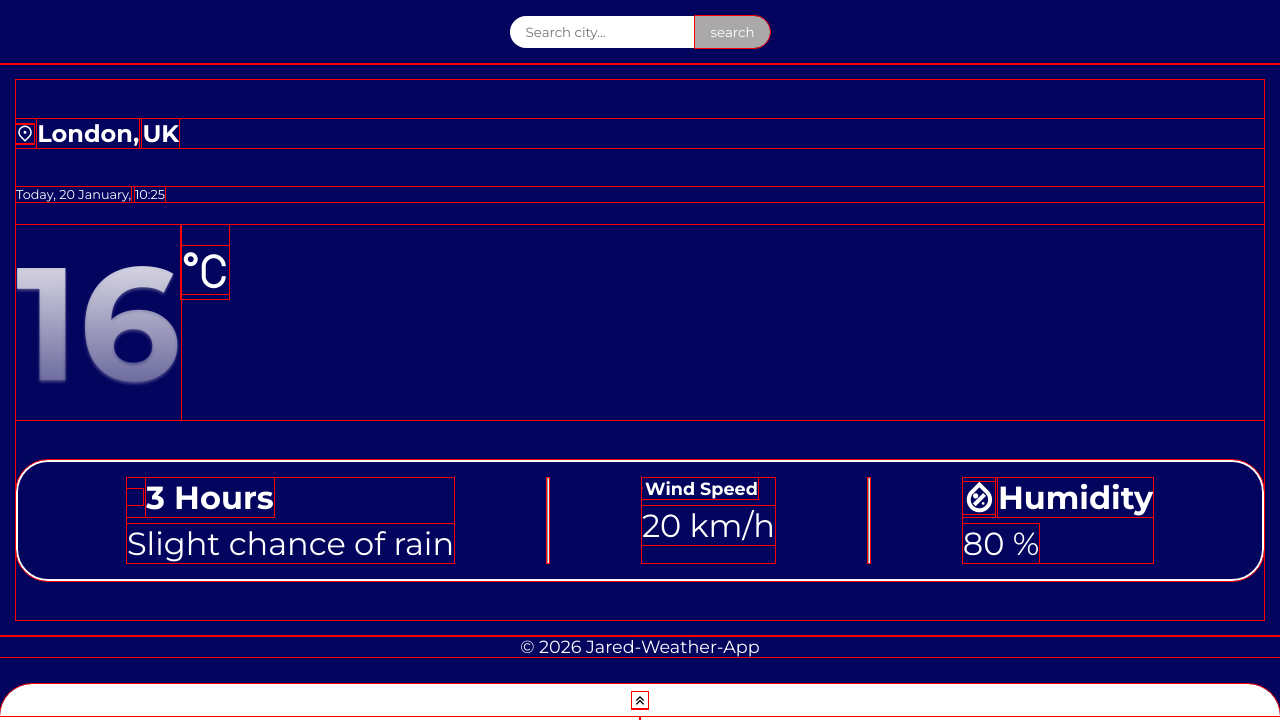
Repository: EguJaredoBoyd/Jared-Weather-App
Page: main.html
The author's editor kept a copy of each file at every save. The page is drawn from the files as they stood at one save, then again after the next save.
The browser window is 1280 px wide. The pictures show the whole page.
Some icons come from a web library that is not loaded, so they are not drawn. Some web libraries are served in a nearby version.

Above is the page before, as saved 2026-02-09 02:36:11.

### main.html
<!doctype html>
<html lang="en">
  <head>
    <meta charset="UTF-8" />
    <meta name="viewport" content="width=device-width, initial-scale=1.0" />
    <link rel="preconnect" href="https://fonts.googleapis.com" />
    <link rel="preconnect" href="https://fonts.gstatic.com" crossorigin />
    <link
      href="https://fonts.googleapis.com/css2?family=Montserrat:ital,wght@0,100..900;1,100..900&display=swap"
      rel="stylesheet"
    />
    <link
      href="https://cdn.jsdelivr.net/npm/remixicon@4.8.0/fonts/remixicon.css"
      rel="stylesheet"
    />
    <link rel="stylesheet" href="./css/styles.css" />
    <script src="./js/main.js" defer></script>
    <script src="./js/weather.js" defer></script>
    <title>Jared-Weather-App</title>
  </head>
  <body class="weather-app">
    <div class="weather-app__container">
      <header>
        <div class="search-place">
          <input
            type="text"
            placeholder="Search city..."
            aria-label="Search city"
            id="search-input"
          />
          <button id="search-button">search</button>
        </div>
      </header>
      <main>
        <section class="current-weather">
          <div class="place-searched">
            <i class="ri-map-pin-2-line"></i>
            <div class="place-name">
              <h3 class="city-name">London,</h3>
              <h3 id="country-name">UK</h3>
            </div>
          </div>
          <div class="date-today">
            <time datetime="2026-01-20" id="date-time">Today, 20 January,</time>
            <time datetime="10:45" id="current-time">10:25</time>
          </div>
          <div class="place-temperature">
            <span class="place-temperature__measure" id="temp-measure">16</span>
            <span class="place-temperature__degree"
              ><i class="ri-celsius-line"></i
            ></span>
          </div>
          <div class="place-forecast">
            <article class="forecast-item forecast-item--weather">
              <div>
                <img src="" alt="" id="weather-icon" />
                <span>3 Hours</span>
              </div>
              <span id="weather-description">Slight chance of rain</span>
            </article>
            <hr />

            <article class="forecast-item forecast-item--wind">
              <div>
                <span><i class="ri-arrow-right-up-long-line"></i></span>
                Wind Speed
              </div>
              <span id="wind-speed">20 km/h</span>
            </article>
            <hr />

            <article class="forecast-item forecast-item--uv">
              <div>
                <span><i class="ri-water-percent-line"></i></span>
                <span>Humidity</span>
              </div>
              <span id="humidity">80 %</span>
            </article>
          </div>
        </section>
        <section class="swipe-section" aria-hidden="true" id="swipe-section">
          <!-- Slide for the hourly and daily forecast -->
          <button class="sheet-handle" id="sheet-handle" aria-expanded="false">
            <i class="ri-arrow-up-double-line" id="icon-handle"></i>
          </button>

          <div class="swipe-forecast">
            <!-- Pressure Forecast -->
            <article class="sheet-card pressure-forecast">
              <div class="weather-header">
                <span>Pressure</span>
                <span><i class="ri-sun-cloudy-line"></i></span>
              </div>
              <span id="weather-pressure">1000hPa</span>
            </article>

            <!-- Visibility and fog Forecast -->
            <article class="sheet-card visibility-forecast">
              <div class="weather-header">
                <span>Visibility</span>
                <span><i class="ri-foggy-fill"></i></span>
              </div>
              <span id="weather-visibility">1000km</span>
            </article>

            <!-- Maximum Temperature -->
            <article class="sheet-card maximum-temperature">
              <div class="weather-header">
                <span>Temperature Max</span>
                <span><i class="ri-sun-line"></i></span>
              </div>
              <div>
                <span id="weather-temp-max">16</span>
                <span><i class="ri-celsius-line"></i></span>
              </div>
            </article>

            <!-- Minimum Temperature-->
            <article class="sheet-card minimum-temperature">
              <div class="weather-header">
                <span>Temperature Min</span>
                <span><i class="ri-cloudy-line"></i></span>
              </div>
              <div>
                <span id="weather-temp-min">9</span>
                <span><i class="ri-celsius-line"></i></span>
              </div>
            </article>
          </div>
        </section>
      </main>
      <footer>
        <div><p>&copy; 2026 Jared-Weather-App</p></div>
      </footer>
    </div>
  </body>
</html>

### css/styles.css
/* ==== CSS RESET ==== */
*,
*::before,
*::after {
  margin: 0;
  padding: 0;
  box-sizing: border-box;
  outline: 1px solid red;
}

:root {
  --background-color: #03045e;
  --text-color: white;
  --font: "Montserrat", sans-serif;
}

html {
  font-size: 16px;
  height: 100%;
}

body {
  background-color: var(--background-color);
  color: var(--text-color);
  height: 100%;
  font-family: var(--font);
}

p {
  font-size: clamp(0.5rem, 2.5vw, 1.1rem);
}

.weather-app__container {
  display: flex;
  flex-direction: column;
  min-height: 100dvh;
}

.search-place {
  display: flex;
  justify-content: center;
  padding: 1rem;
}

.search-place input {
  padding: 0.5rem 1rem;
  border: none;
  border-bottom-left-radius: 1rem;
  border-top-left-radius: 1rem;
  font-family: var(--font);
  outline: none;
}

.search-place button {
  border: none;
  border-top-right-radius: 1rem;
  border-bottom-right-radius: 1rem;
  padding: 0.5rem 1rem;
  font-family: var(--font);
  margin-left: -1rem;
  background: rgb(170, 168, 168);
  color: var(--text-color);
}

main {
  display: flex;
  flex-direction: column;
  padding: 1rem;
}

.current-weather {
  display: flex;
  flex-direction: column;
  justify-content: space-evenly;
  min-height: 75dvh;
}

.place-searched {
  display: flex;
  align-items: center;
  column-gap: 0.2rem;
  font-size: large;
}

.place-name {
  display: flex;
  align-items: center;
  column-gap: 0.2rem;
}

.city-name,
#country-name {
  font-size: clamp(0.5rem, 6vw, 1.5rem);
}

.date-today {
  font-size: clamp(0.5rem, 3vw, 0.8rem);
}

.place-temperature {
  display: flex;
  align-items: center;
  position: relative;
  margin-top: -1rem;
}

.place-temperature__measure {
  font-size: clamp(5rem, 38vw, 10rem);
  font-weight: 700;
  background: linear-gradient(to bottom, white, var(--background-color));
  -webkit-background-clip: text;
  background-clip: text;
  -webkit-text-fill-color: transparent;
  text-shadow: 0 2px 3px rgba(243, 235, 235, 0.3);
}

.place-temperature__degree {
  font-size: clamp(1.5rem, 20vw, 3rem);
  align-self: flex-start;
  padding-top: 1rem;
  font-size: clamp(1rem, 10vw, 3rem);
}

.place-forecast {
  display: flex;
  justify-content: space-evenly;
  border: 2px solid white;
  border-radius: 2rem;
  padding: 1rem;
}

.forecast-item {
}

.forecast-item div {
  display: flex;
  align-items: center;
  justify-self: start;
  column-gap: 0.2rem;
  margin-bottom: clamp(0.1rem, 1vh, 1rem);
  font-size: clamp(0.5rem, 2vw, 1.1rem);
  font-weight: 700;
}

.forecast-item span {
  font-size: clamp(0.5rem, 2.5vw, 2rem);
}

.forecast-item--weather {
}

.forecast-item--weather div img {
  width: 1rem;
  height: 1rem;
}

/* Swipe section styles */

.swipe-section {
  position: fixed;
  min-height: 100dvh;
  top: 95%;
  right: 0;
  left: 0;
  transition: transform 2s ease;
  background-color: var(--text-color);
  color: var(--background-color);
  border-radius: 2rem;
}

.swipe-section.is-open {
  transform: translateY(-30%);
}

.no-scroll {
  overflow: hidden;
}

.swipe-section button {
  margin: 0.5rem auto;
  display: flex;
  justify-self: center;
  background: none;
  border: none;
}

.swipe-section button i {
  font-size: 1rem;
}

.swipe-forecast {
  display: grid;
  grid-template-columns: repeat(2, 1fr);
  justify-content: space-between;
  min-height: 20dvh;
}

.sheet-card {
  font-size: clamp(0.5rem, 2.5vw, 1.1rem);
  padding: 1rem;
}

.weather-header {
  font-weight: 700;
  margin-bottom: 1rem;
}

footer div p {
  text-align: center;
}

### js/main.js
//Target all the buttons necessary
const swipeSection = document.getElementById("swipe-section");
const sheetHandle = document.getElementById("sheet-handle");
const iconHandle = document.getElementById("icon-handle");

//Create a function to handle swipe
function handleSwipe() {
  sheetHandle.addEventListener("click", () => {
    const isOpen = swipeSection.classList.toggle("is-open");

    //Add accessibilty and optimization
    swipeSection.setAttribute("aria-hidden", !isOpen);
    sheetHandle.setAttribute("aria-expanded", isOpen);

    //Statement to switch icons
    iconHandle.className = isOpen
      ? "ri-arrow-down-double-line"
      : "ri-arrow-up-double-line";

    //Add a class to handle the scroll
    document.body.classList.toggle("no-scroll");
  });
}

handleSwipe();

### js/weather.js
//My API key 56d08a907c0260865bb8f620502bfcbf
const WEATHER_API_KEY = "56d08a907c0260865bb8f620502bfcbf";

//Target my button and search input for city
const searchInput = document.getElementById("search-input");
const searchButton = document.getElementById("search-button");

//Target The innerHTMLs for manipulation of time elements
const cityName = document.querySelector(".city-name");
const countryName = document.getElementById("country-name");
const dateTime = document.getElementById("date-time");
const currentTime = document.getElementById("current-time");

//Target the innerHTMLs for manipulation of weather elements
const tempMeasure = document.getElementById("temp-measure");
const weatherIcon = document.getElementById("weather-icon");
const weatherDescription = document.getElementById("weather-description");
const windSpeed = document.getElementById("wind-speed");
const humidity = document.getElementById("humidity");
const weatherPressure = document.getElementById("weather-pressure");
const weatherVisibility = document.getElementById("weather-visibility");
const weatherTempMax = document.getElementById("weather-temp-max");
const weatherTempMin = document.getElementById("weather-temp-min");

//Create function to ask for weather app
async function fetchWeather(city) {
  try {
    const apiResponse = await fetch(
      `https://api.openweathermap.org/data/2.5/forecast?q=${city}&units=metric&appid=${WEATHER_API_KEY}`,
    );

    const apiData = await apiResponse.json();
    console.log(apiData);

    //Get the API weather city endpoints
    const countryCity = apiData.city;

    const cityDate = apiData.list[0];

    //Display the country in UI
    cityName.textContent = `${city},`;
    countryName.textContent = `${countryCity.country}`;

    //Get the API weather date endpoints
    const currentDateTime = cityDate.dt * 1000;
    const date = new Date(currentDateTime);
    const dateToday = date.toLocaleDateString("en-GB", {
      weekday: "short",
      month: "short",
      day: "numeric",
    });

    //Get time from new date
    function newDateTime() {
      const utcTime = Date.now();
      const timeZone = apiData.city.timezone;
      const cityTime = utcTime + timeZone * 1000;
      const cityDateTime = new Date(cityTime);

      const hours = cityDateTime.getUTCHours();
      const minutes = cityDateTime.getUTCMinutes();
      const seconds = cityDateTime.getUTCSeconds();

      //Display the date in the UI
      dateTime.textContent = `Today, ${dateToday},`;
      currentTime.textContent = `${hours}:${minutes.toString().padStart(2, "0")}:${seconds.toString().padStart(2, "0")}`;
    }

    newDateTime();

    //Function to get weather details
    function getWeatherForcast() {
      const temperature = Math.round(apiData.list[0].main.temp);
      tempMeasure.textContent = `${temperature}`;

      const description = apiData.list[0].weather[0].description;
      weatherDescription.textContent = `${description}`;

      const getIcon = apiData.list[0].weather[0].icon;
      weatherIcon.src = `https://openweathermap.org/img/wn/${getIcon}@2x.png`;
      weatherIcon.alt = `${description}`;

      const getWindSpeed = apiData.list[0].wind.speed;
      const getWindSpeedKMH = Math.round(getWindSpeed * 3.6);
      windSpeed.textContent = `${getWindSpeedKMH} km/h`;

      const getHumidity = apiData.list[0].main.humidity;
      humidity.textContent = `${getHumidity} %`;

      //Swipe Section
      const pressure = apiData.list[0].main.pressure;
      weatherPressure.textContent = `${pressure} hPa`;

      const visibility = apiData.list[0].visibility / 1000;
      weatherVisibility.textContent = `${visibility} km`;

      const tempMax = Math.round(apiData.list[0].main.temp_max);
      weatherTempMax.textContent = `${tempMax}`;

      const tempMin = Math.round(apiData.list[0].main.temp_min);
      weatherTempMin.textContent = `${tempMin}`;
    }

    getWeatherForcast();

    //Update date every minute
    setInterval(() => {
      newDateTime();
    }, 1000);
  } catch (error) {
    console.error(error.message);
  }
}

//Search for city
searchButton.addEventListener("click", () => {
  const city = searchInput.value.trim();
  if (!city) return;

  fetchWeather(city);
});

After the next save:
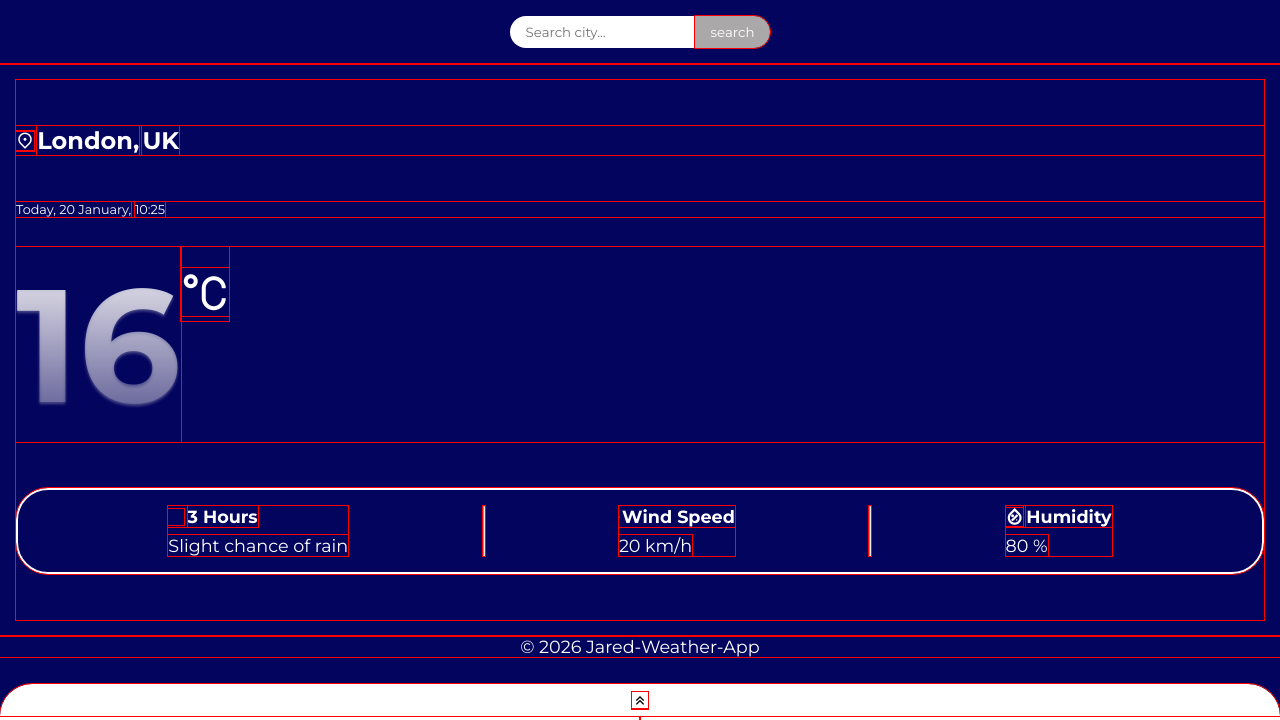
Saved 6 s later.
--- a/css/styles.css
+++ b/css/styles.css
@@ -143,7 +143,7 @@ main {
 }
 
 .forecast-item span {
-  font-size: clamp(0.5rem, 2.5vw, 2rem);
+  font-size: clamp(0.5rem, 2.5vw, 1.1rem);
 }
 
 .forecast-item--weather {
